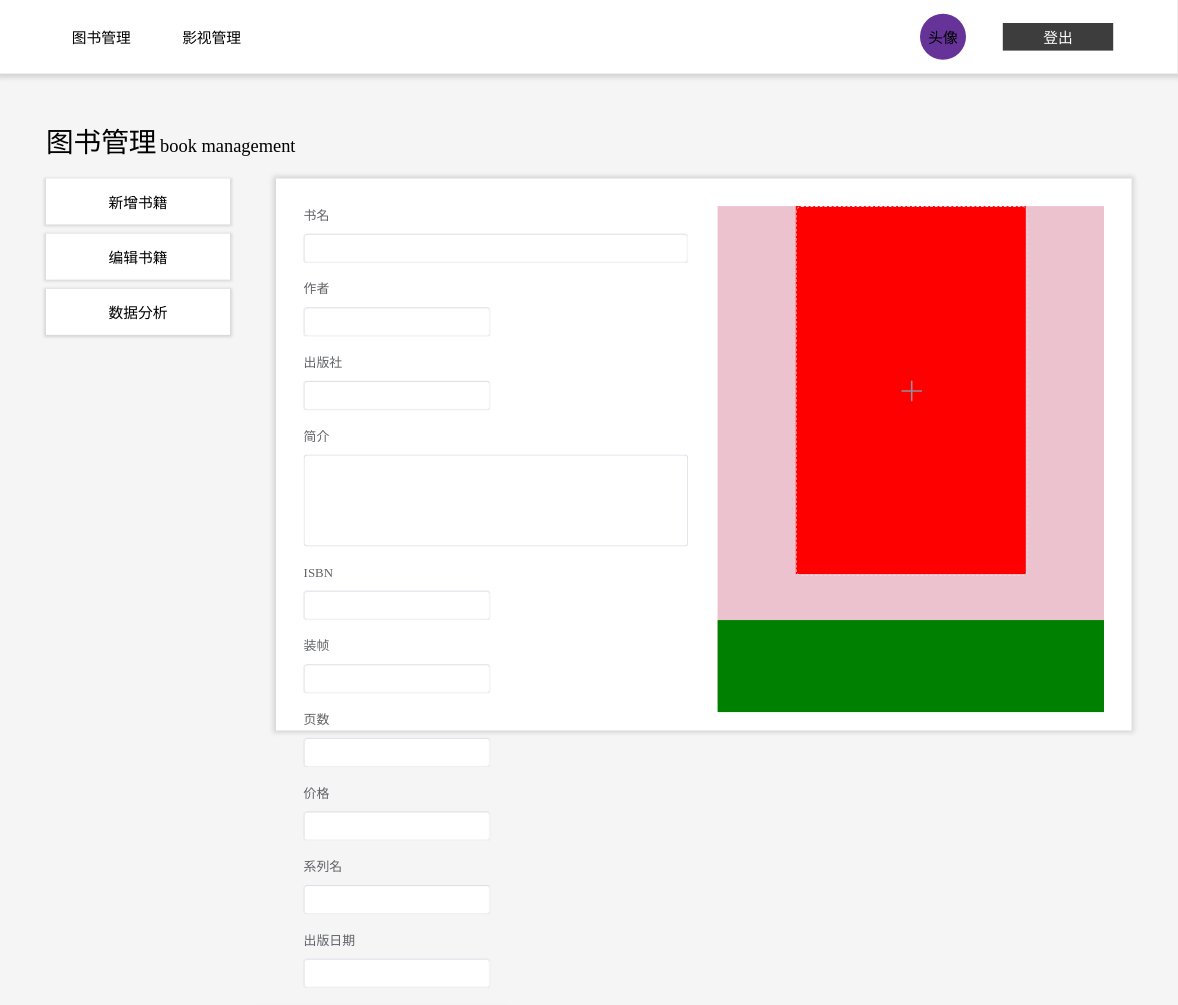
Repository: quanwangniuniu/Oasis-Reading-Platform
Page: /#/admin/books (app in Vue-frontend/)
These files come from the project's save history. The page is drawn as it stood at one moment and after the next save; the edit follows.
The browser window is 1280 px wide. The pictures show the whole page, at 92% of full size.
Some web fonts or font styles are not loaded; a fallback is used. The project was rebuilt for these pictures with package versions that can differ from the ones it lists, and the page was loaded fresh each time. Also part of the build but not shown: Vue-frontend/vite.config.js, Vue-frontend/src/components/user/books/BookCard.vue, Vue-frontend/src/components/axios/config.js, Vue-frontend/src/components/axios/api.js, Vue-frontend/src/components/user/books/Books.vue, Vue-frontend/src/components/user/movies/Favourites.vue, Vue-frontend/src/components/user/explore/Explore.vue, Vue-frontend/src/components/user/login/Login.vue and 9 more.

Above is the page before, as saved 2023-04-13 23:20:57.

### Vue-frontend/index.html
<!DOCTYPE html>
<html lang="en">
  <head>
    <meta charset="UTF-8">
    <meta name="viewport" content="width=device-width, initial-scale=1.0">
    <title>Vite App</title>
    <style>
      *{
        padding: 0px;
        margin: 0px;
      }

      body{
        background-color: rgb(245, 245, 245);
      }
    </style>
  </head>
  <body>
    <div id="app"></div>
    <script type="module" src="/src/main.js"></script>
  </body>
</html>

### Vue-frontend/src/main.js
import { createApp } from 'vue'
import ElementPlus from 'element-plus'
import 'element-plus/dist/index.css'
import App from './App.vue'
import router from './components/router/router'
import * as ElementPlusIconsVue from '@element-plus/icons-vue'
import './assets/font/font.css'
import './assets/css/element.css'

const app = createApp(App)
app.use(router)
app.use(ElementPlus)
app.mount('#app')
for (const [key, component] of Object.entries(ElementPlusIconsVue)) {
    app.component(key, component)
  }

### Vue-frontend/src/App.vue
<script setup>
import Test from './components/Test.vue';
</script>

<template>
  <div>
    <router-view></router-view>
  </div>
</template>

<style scoped>
</style>

### Vue-frontend/src/components/router/router.js
import {createRouter, createWebHashHistory} from 'vue-router'
import Books from '../user/books/Books.vue'
import Movies from '../user/movies/Favourites.vue'
import Explore from '../user/explore/Explore.vue'
import Login from '../user/login/Login.vue'
import SpecificBook from '../user/books/SpecificBook.vue'
import User from '../User.vue'
import Admin from '../Admin.vue'
import UserInfo from '../user/info/UserInfo.vue'
import BookSearch from '../user/books/BookSearch.vue'
import Transit from '../user/books/Transit.vue'
import BookManagement from '../admin/bookManagement/BookManagement.vue'
import MovieManagement from '../admin/movieManagement/MovieManagement.vue'

import {checkUser} from './utils.js'

const router = createRouter({
    history: createWebHashHistory(),
    routes:[
        {path:'/user', component: User, alias:['/'], children:[
            {path:'books', component: Books},
            {path:'search',name:'search', component: BookSearch},
            {path:'transit',name:'transit', component: Transit},
            {path:'books/:id', component: SpecificBook,beforeEnter: checkUser},
            {path:'movies', component: Movies},
            {path:'explore', component: Explore},
            {path:'login', component: Login},
            {path:'info', component: UserInfo, beforeEnter: checkUser},
        ]},
        {path:'/admin', component: Admin,children:[
            {path:'books', component: BookManagement},
            {path:'movies', component: MovieManagement}
        ]}
    ]
})

export default router

### Vue-frontend/src/assets/font/font.css

  @font-face {
    font-family: siyuansongti;
    src: url(./Source_Han_Serif_SC_Light_Light.otf);
    font-weight: normal;
    font-style: normal;
  }

### Vue-frontend/src/assets/css/element.css
.el-textarea__inner{
    resize: none;
    height: 100px;
}


.el-upload{
    height:400px;
    width:250px;
  }

### Vue-frontend/src/components/Test.vue
<template>
  <el-upload
    class="avatar-uploader"
    action="http://127.0.0.1:5000/uploadCover"
    :show-file-list="false"
    :on-success="handleAvatarSuccess"
    :before-upload="beforeAvatarUpload"
  >
    <img v-if="imageUrl" :src="imageUrl" class="avatar" />
    <el-icon v-else class="avatar-uploader-icon"><Plus /></el-icon>
  </el-upload>

  <img src="http://127.0.0.1:5000/images/1681397591940.jpg">
</template>

<script lang="ts" setup>
import { ref } from 'vue'
import { ElMessage } from 'element-plus'
import { Plus } from '@element-plus/icons-vue'

import type { UploadProps } from 'element-plus'

const imageUrl = ref('')

const handleAvatarSuccess: UploadProps['onSuccess'] = (
  response,
  uploadFile
) => {
  console.log(response)
  imageUrl.value = URL.createObjectURL(uploadFile.raw!)
}

const beforeAvatarUpload: UploadProps['beforeUpload'] = (rawFile) => {
  if (rawFile.type !== 'image/jpeg') {
    ElMessage.error('Avatar picture must be JPG format!')
    return false
  } else if (rawFile.size / 1024 / 1024 > 2) {
    ElMessage.error('Avatar picture size can not exceed 2MB!')
    return false
  }
  return true
}

</script>

<style scoped>
.avatar-uploader .avatar {
  width: 178px;
  height: 178px;
  display: block;
}
</style>

<style>
.avatar-uploader .el-upload {
  border: 1px dashed var(--el-border-color);
  border-radius: 6px;
  cursor: pointer;
  position: relative;
  overflow: hidden;
  transition: var(--el-transition-duration-fast);
}

.avatar-uploader .el-upload:hover {
  border-color: var(--el-color-primary);
}

.el-icon.avatar-uploader-icon {
  font-size: 28px;
  color: #8c939d;
  width: 178px;
  height: 178px;
  text-align: center;
}

img{
  height: 200px;
  width:200px;
}
</style>

### Vue-frontend/src/components/Admin.vue
<script setup>
import BookManagementVue from './admin/bookManagement/BookManagement.vue';
import AdminHeader from './admin/header/AdminHeader.vue';
</script>

<template>
    <AdminHeader></AdminHeader>
    <router-view></router-view>
</template>

<style scoped>
</style>

### Vue-frontend/src/components/admin/bookManagement/BookManagement.vue
<script setup lang="ts">
import LeftBar from './LeftBar.vue';
import {ref, reactive} from 'vue'
import { ElMessage } from 'element-plus'
import { Plus } from '@element-plus/icons-vue'
import type { UploadProps } from 'element-plus'

const bookItem = reactive({
  title: '',
  author: '',
  publisher: '',
  ISBN: '',
  description: '',
  publish_year: '',
  page:'',
  binding: '',
  price:'',
  seriers:' ',
  url:''
})

const imageUrl = ref('')

const handleAvatarSuccess: UploadProps['onSuccess'] = (
  response,
  uploadFile
) => {
  bookItem.url = response.url
  console.log(bookItem)
  imageUrl.value = URL.createObjectURL(uploadFile.raw!)
}

const beforeAvatarUpload: UploadProps['beforeUpload'] = (rawFile) => {
  if (rawFile.type !== 'image/jpeg') {
    ElMessage.error('Avatar picture must be JPG format!')
    return false
  } else if (rawFile.size / 1024 / 1024 > 2) {
    ElMessage.error('Avatar picture size can not exceed 2MB!')
    return false
  }
  return true
}

</script>

<template>
  <div class="top-container">
    <div class="title">
      <span>图书管理</span>&nbsp;<span>book management</span>
    </div>
  </div>
  <div class="container">
      <LeftBar></LeftBar>
      <div class="panel">
        <div class="book-form">
          <el-form
            label-position="top"
            label-width="100px"
            :model="bookItem"
            style="max-width: 460px"
            :inline="true"
          >
            <el-form-item label="书名" style="width:420px">
              <el-input v-model="bookItem.title" />
            </el-form-item>
            <el-form-item label="作者">
              <el-input v-model="bookItem.author" />
            </el-form-item>
            <el-form-item label="出版社">
              <el-input v-model="bookItem.publisher" />
            </el-form-item>
            <el-form-item label="简介" style="width:420px">
                <el-input v-model="bookItem.description" type="textarea"/>
            </el-form-item>
            <el-form-item label="ISBN">
              <el-input v-model="bookItem.ISBN" />
            </el-form-item>
            <el-form-item label="装帧">
              <el-input v-model="bookItem.binding" />
            </el-form-item>
            <el-form-item label="页数">
              <el-input v-model="bookItem.page" />
            </el-form-item>
            <el-form-item label="价格">
              <el-input v-model="bookItem.price" />
            </el-form-item>
            <el-form-item label="系列名">
              <el-input v-model="bookItem.price" />
            </el-form-item>
            <el-form-item label="出版日期">
              <el-input v-model="bookItem.price" />
            </el-form-item>
          </el-form>
        </div>

        <div class="img-upload-and-submit">
          <div class="img-container">
            <div class="img-upload">
              <el-upload
                class="avatar-uploader"
                action="http://127.0.0.1:5000/uploadCover"
                :show-file-list="false"
                :on-success="handleAvatarSuccess"
                :before-upload="beforeAvatarUpload"
              >
                <img v-if="imageUrl" :src="imageUrl" class="avatar" />
                <el-icon v-else class="avatar-uploader-icon"><Plus /></el-icon>
              </el-upload>
            </div>
          </div>
          <div class="submit">

          </div>
        </div>
      </div>
  </div>

</template>

<style scoped>
.top-container{
  margin: 50px 50px 0px 50px;
  display: flex;
  justify-content: space-between;
}

.title{
  width: 400px;
  font-family: siyuansongti;
}
.container{
  display: flex;
  margin: 20px 50px 0px 50px
}

.title span:nth-child(1){
  font-size: 30px;
}
.title span:nth-child(2){
  font-size: 20px;
}

.panel{
  box-sizing: border-box;
  flex: 1;
  height: 600px;
  background-color: white;
  box-shadow: 0 0 5px 3px rgb(214, 214, 214);
  padding: 30px;
  display: flex;
}

.book-form{
  width: 450px;
}

.img-upload-and-submit{
  flex: 1;
  background-color: rgb(249, 203, 203);
}

.img-container{
  width: 100%;
  height: 450px;
  background-color: rgb(120, 120, 241, 0.1);
}

.img-upload{
  width: 250px;
  height: 400px;
  background-color: red;
  margin: 0 auto;
}
.avatar{
  width: 250px;
  height: 400px;
}
.submit{
  height: 100px;
  width: 100%;
  background-color: green;
}
</style>

### Vue-frontend/src/components/router/utils.js
export const checkUser = (from, to, next) => {
    if(localStorage.getItem('token') === null){
        next('/login')
    }else{
        next()
    }
}

### Vue-frontend/src/components/admin/header/AdminHeader.vue
<script setup>

let logout = () =>{
    localStorage.clear('token')
    localStorage.clear('type')
}

</script>

<template>
    <div>
        <div class="container">
            <div class="left">
                <div class="nav"><router-link to="/admin/books">图书管理</router-link></div>
                <div class="nav"><router-link to="/admin/movies">影视管理</router-link></div>
            </div>

            <div class="right">
                <div class="nav avata"><router-link to="/info">头像</router-link></div>
                <div class="nav login"><router-link to="/explore" @click="logout">登出</router-link></div>
            </div>

        </div>
    </div>

</template>

<style scoped>
.container{
    height: 80px;
    background-color: white;
    /* 边框模糊效果 */
    box-shadow: 0 0 5px 5px rgb(214, 214, 214);
    /* 开启flex布局 */
    display: flex;
    /* 设置元素靠右排列 */
    justify-content: space-between;
    /* 设置元素垂直居中 */
    align-items: center;
}

.left{
    display: flex;
    /* 设置元素垂直居中 */
    align-items: center;
    padding-left: 50px;
}

.right{
    display: flex;
    /* 设置元素垂直居中 */
    align-items: center;
    padding-right: 50px;
}

.nav{
    width: 80px;
    height: 30px;
    margin-left: 20px;
    margin-right: 20px;
    /* 设置nav内部a标签水平居中 */
    text-align: center;
    /* 开启flex局部 */
    display: flex;
    /* 设置nav内部a标签垂直居中 */
    align-items: center;
}

.nav a{
    width: 80px;
    /* 清除a标签默认样式 */
    text-decoration: none;
    color: black;

}

.login{
    width: 120px;
    background-color: rgb(61, 61, 61);
}

.login a{
    width: 1200px;
    color: white;
}

.avata{
    width: 50px;
    height: 50px;
    border-radius: 50%;
    background-color: rebeccapurple;
}


</style>

### Vue-frontend/src/components/admin/bookManagement/LeftBar.vue
<script setup>

</script>

<template>
    <div class="leftbar-container">
        <div class="card">
            新增书籍
        </div>
        <div class="card">
            编辑书籍
        </div>
        <div class="card">
            数据分析
        </div>
    </div>

</template>

<style scoped>
.leftbar-container{
    width: 250px;
    height: 600px;
}

.card{
    width: 200px;
    height: 50px;
    background: white;
    /* 设置卡片阴影 */
    box-shadow: 0px 1px 3px 2px rgb(214, 214, 214);
    /* 开启flex布局 文字水平垂直居中 */
    display: flex;
    justify-content: center;
    align-items:center;
    margin-bottom: 10px;
}

.card:hover{
    transform:scale(1.1);
}
</style>

After the next save:
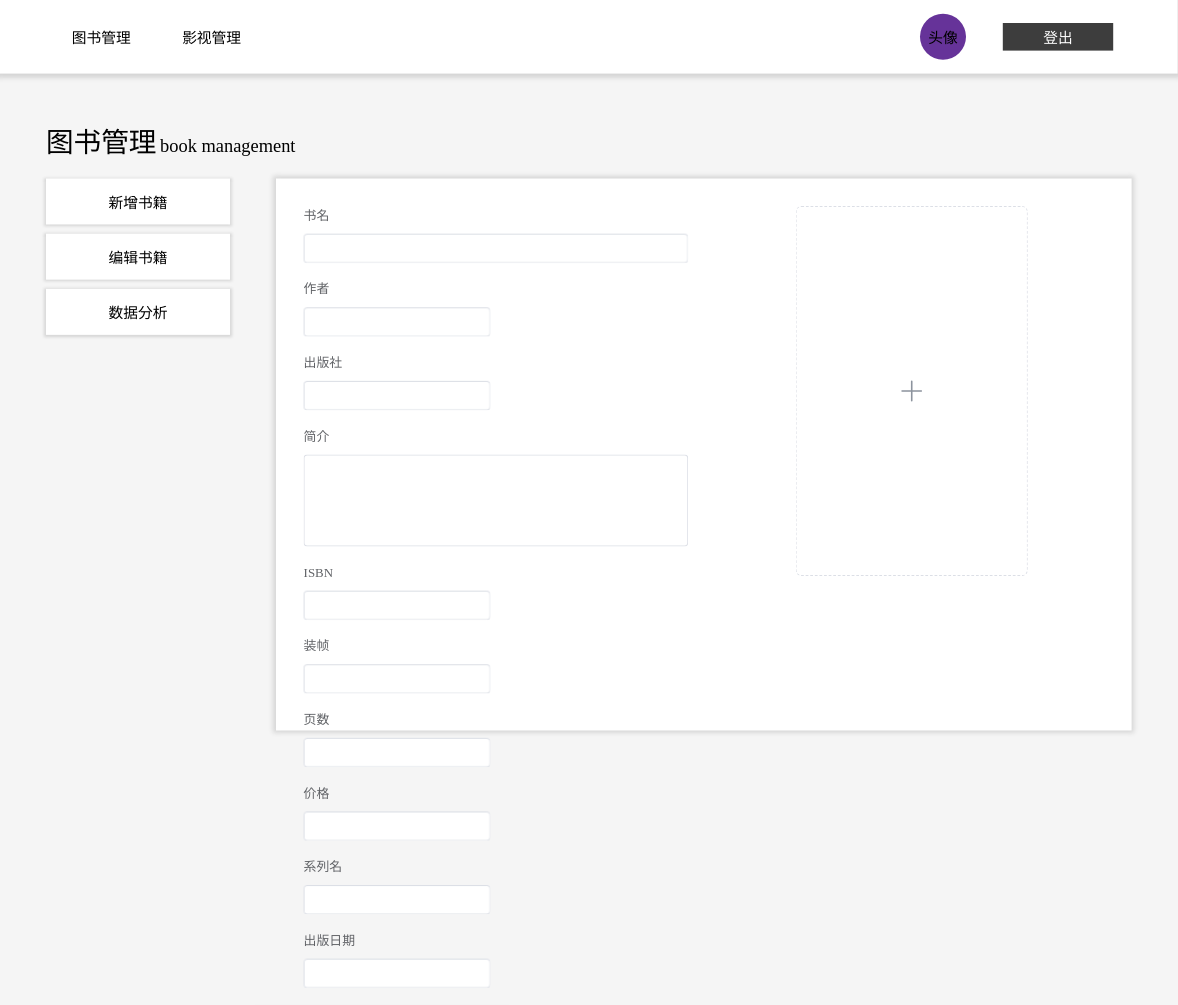
Saved 29 s later.
--- a/Vue-frontend/src/components/admin/bookManagement/BookManagement.vue
+++ b/Vue-frontend/src/components/admin/bookManagement/BookManagement.vue
@@ -156,19 +156,19 @@ const beforeAvatarUpload: UploadProps['beforeUpload'] = (rawFile) => {
 
 .img-upload-and-submit{
   flex: 1;
-  background-color: rgb(249, 203, 203);
+  /* background-color: rgb(249, 203, 203); */
 }
 
 .img-container{
   width: 100%;
   height: 450px;
-  background-color: rgb(120, 120, 241, 0.1);
+  /* background-color: rgb(120, 120, 241, 0.1); */
 }
 
 .img-upload{
   width: 250px;
   height: 400px;
-  background-color: red;
+  /* background-color: red; */
   margin: 0 auto;
 }
 .avatar{
@@ -178,6 +178,6 @@ const beforeAvatarUpload: UploadProps['beforeUpload'] = (rawFile) => {
 .submit{
   height: 100px;
   width: 100%;
-  background-color: green;
+  /* background-color: green; */
 }
 </style>
